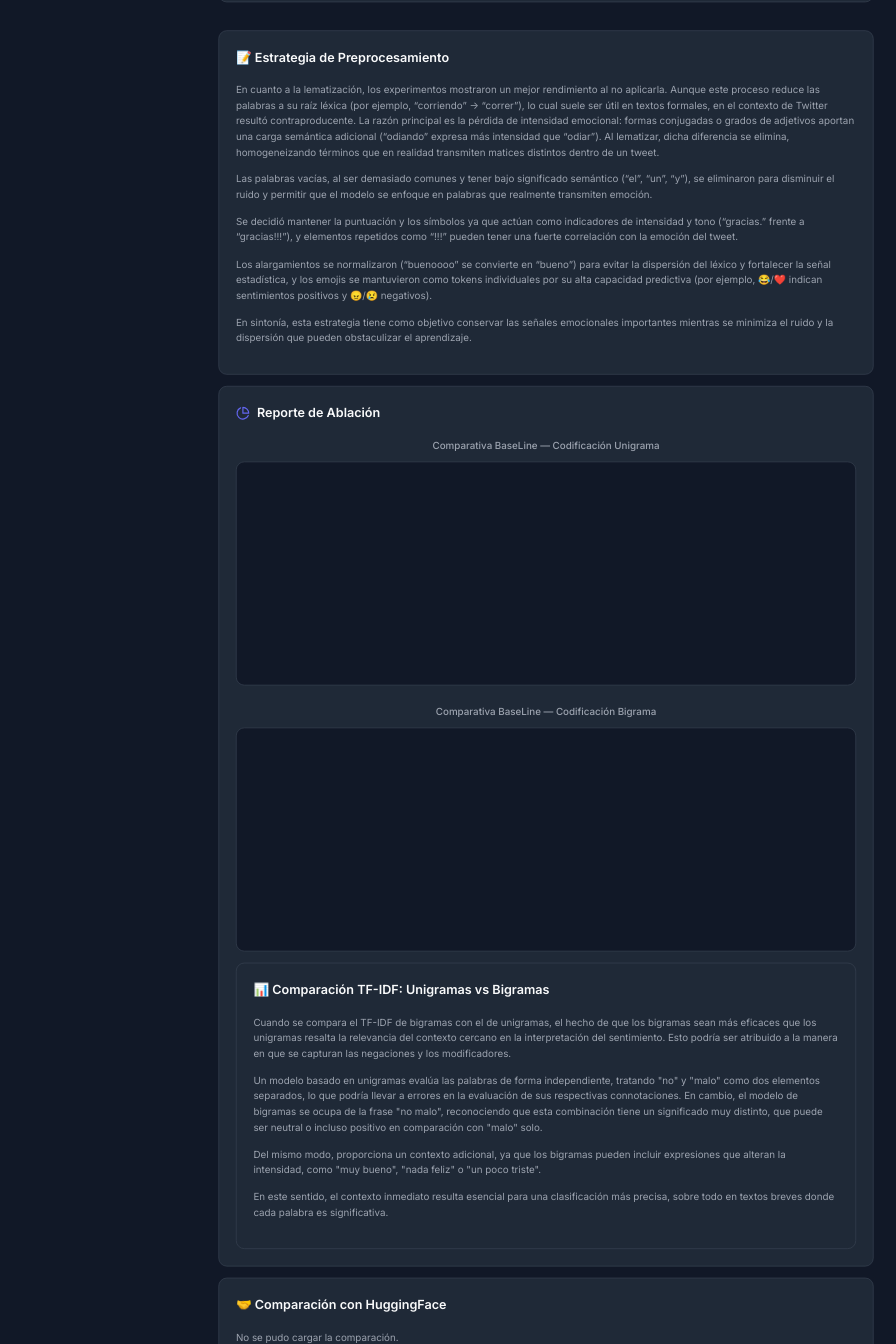
Repository: sergio285/NLP-Sentiment-analysis
Page: pagina/templates/index.html
The author's editor kept a record of every edit. The page is drawn from the files as they stood at one moment, then again after the next edit.
The browser window is 1280 px wide. The pictures show the part of the page from y = 1005 to 2925 px (the page is 3008 px tall before and 3053 px after), at 70% of full size.
A picture or video elsewhere on the page could not be fetched, so the positions and the page height are approximate. The page's requests for data from a server got no answer.

Above is the page before.

### pagina/templates/index.html
<!DOCTYPE html>
<html lang="es">
<head>
    <meta charset="UTF-8" />
    <meta name="viewport" content="width=device-width, initial-scale=1.0" />
    <title>Dashboard Pro | Análisis de Modelo</title>

    <link href="https://fonts.googleapis.com/css2?family=Inter:wght@400;500;600;700;800&display=swap" rel="stylesheet" />
    <link rel="stylesheet" href="/static/css/styles.css" />

    <script src="https://code.jquery.com/jquery-3.6.0.min.js"></script>
    <script src="https://cdn.jsdelivr.net/npm/chart.js"></script>
    <style>
        /* Estilos para el componente desplegable */
        .card-title-toggle {
            cursor: pointer;
            display: flex;
            justify-content: space-between;
            align-items: center;
            width: 100%;
        }
        .card-title-toggle .arrow-icon {
            transition: transform 0.3s ease-in-out;
        }
        .card-title-toggle.active .arrow-icon {
            transform: rotate(180deg);
        }
        /* Eliminar margen inferior del título cuando está cerrado */
        .card-title.card-title-toggle {
            margin-bottom: 0;
        }
        /* Restaurar margen inferior cuando está activo (abierto) */
        .card-title.card-title-toggle.active {
            margin-bottom: 20px;
        }
        .collapsible-content {
            display: none; /* Oculto por defecto */
        }
    </style>
</head>
<body>
    <aside class="sidebar">
        <div class="sidebar-header">
            <svg class="logo-icon" xmlns="http://www.w3.org/2000/svg" width="28" height="28" viewBox="0 0 24 24" fill="none" stroke="currentColor" stroke-width="2" stroke-linecap="round" stroke-linejoin="round"><path d="M12 20V10"/><path d="M18 20V4"/><path d="M6 20V16"/></svg>
            <h2>Dashboard del Modelo</h2>
        </div>
        <div class="sidebar-info">
            <div class="info-item">
                <span class="info-label">Tracking URI</span>
                <span id="infoTracking" class="info-value">Cargando...</span>
            </div>
            <div class="info-item">
                <span class="info-label">Run ID</span>
                <span id="infoRunId" class="info-value">Cargando...</span>
            </div>
        </div>
    </aside>

    <main class="main-content">
            <div class="grid-col">
                <!-- SECCIÓN DE INFERENCIA DESPLEGABLE -->
                <div class="card">
                    <div class="card-title card-title-toggle">
                        <div style="display: flex; align-items: center; gap: 10px;">
                            <svg xmlns="http://www.w3.org/2000/svg" width="20" height="20" viewBox="0 0 24 24" fill="none" stroke="currentColor" stroke-width="2" stroke-linecap="round" stroke-linejoin="round"><line x1="12" x2="12" y1="2" y2="22"></line><path d="M17 5H9.5a3.5 3.5 0 0 0 0 7h5a3.5 3.5 0 0 1 0 7H6"></path></svg>
                            <span>Inferencia en Tiempo Real</span>
                        </div>
                        <svg class="arrow-icon" xmlns="http://www.w3.org/2000/svg" width="24" height="24" viewBox="0 0 24 24" fill="none" stroke="currentColor" stroke-width="2" stroke-linecap="round" stroke-linejoin="round"><polyline points="6 9 12 15 18 9"></polyline></svg>
                    </div>
                    <div class="collapsible-content">
                        <p class="card-subtitle">Prueba el modelo con nuevos textos en ingles (uno por línea).</p>
                        <textarea id="txtInputs" class="predict-textarea" rows="8" placeholder="this is a great movie!&#10;i really disliked the acting..."></textarea>
                        <div class="predict-actions">
                            <button id="btnPredict" class="btn">🚀 Predecir Sentimiento</button>
                            <span id="predictStatus" class="status">Listo</span>
                        </div>
                        <div id="predictOutput" class="results-container"></div>
                    </div>
                </div>

                <div class="card">
                    <h2 class="card-title">
                        <svg xmlns="http://www.w3.org/2000/svg" width="20" height="20" viewBox="0 0 24 24" fill="none" stroke="currentColor" stroke-width="2" stroke-linecap="round" stroke-linejoin="round"><path d="M14.7 6.3a1 1 0 0 0 0 1.4l1.6 1.6a1 1 0 0 0 1.4 0l3.77-3.77a6 6 0 0 1-7.94 7.94l-6.91 6.91a2.12 2.12 0 0 1-3-3l6.91-6.91a6 6 0 0 1 7.94-7.94l-3.76 3.76z"></path></svg>
                        Métricas Clave - Modelo LightGBM
                    </h2>
                    <div id="metrics-container" class="metrics-grid"></div>
                </div>

                <div class="card">
                    <h2 class="card-title">
                        <svg xmlns="http://www.w3.org/2000/svg" width="20" height="20" viewBox="0 0 24 24" fill="none" stroke="currentColor" stroke-width="2" stroke-linecap="round" stroke-linejoin="round"><path d="M12.22 2h-4.44a2 2 0 0 0-2 2v16a2 2 0 0 0 2 2h8.88a2 2 0 0 0 2-2v-8.44Z"></path><path d="M18 2h-3v7h7V5Z"></path></svg>
                        Parámetros del Modelo
                    </h2>
                    <div class="table-container">
                        <table id="params-table">
                            <thead>
                                <tr>
                                    <th>Parámetro</th>
                                    <th>Valor</th>
                                </tr>
                            </thead>
                            <tbody></tbody>
                        </table>
                    </div>
                </div>

                <div class="card">
                    <h2 class="card-title">
                        <svg xmlns="http://www.w3.org/2000/svg" width="20" height="20" viewBox="0 0 24 24" fill="none" stroke="currentColor" stroke-width="2" stroke-linecap="round" stroke-linejoin="round"><rect x="3" y="3" width="18" height="18" rx="2" ry="2"></rect><line x1="3" y1="9" x2="21" y2="9"></line><line x1="9" y1="21" x2="9" y2="9"></line></svg>
                        Comportamiento visual del modelo
                    </h2>
                    <div class="model-visuals">
                        <div>
                            <h3 class="chart-title">Matriz de Confusión</h3>
                            <p class="card-subtitle">Rendimiento del modelo en el conjunto de prueba.</p>
                            <img src="/confusion-matrix" alt="Matriz de Confusión" width="400" height="auto"/>
                        </div>
                    </div>
                </div>
               <div class="card" id="other-models-card">
                      <div class="card-title card-title-toggle">
                        <div style="display:flex;align-items:center;gap:10px;">
                          <svg xmlns="http://www.w3.org/2000/svg" width="20" height="20"
                               viewBox="0 0 24 24" fill="none" stroke="currentColor"
                               stroke-width="2" stroke-linecap="round" stroke-linejoin="round">
                            <path d="M20 6L9 17l-5-5"></path>
                          </svg>
                          <span>Otros modelos usados</span>
                        </div>
                        <svg class="arrow-icon" xmlns="http://www.w3.org/2000/svg" width="24" height="24"
                             viewBox="0 0 24 24" fill="none" stroke="currentColor" stroke-width="2"
                             stroke-linecap="round" stroke-linejoin="round">
                          <polyline points="6 9 12 15 18 9"></polyline>
                        </svg>
                      </div>

                      <div class="collapsible-content">
                        <!-- Contenido dinámico generado por JS (métricas/params), p.ej. LogisticRegression -->
                        <div id="other-models" class="grid-col" style="gap:20px;">
                          <!-- Se llena por JS -->
                        </div>

                        <!-- ===== Figuras estáticas — LogisticRegression (modeloFinal) ===== -->
                        <div class="card" style="margin-top:20px;">
                          <h3 class="card-title">Comportamiento visual del modelo - Regresion Logistica</h3>
                          <div class="model-visuals" style="display:grid;grid-template-columns:repeat(auto-fit,minmax(320px,1fr));gap:16px;">
                            <div>
                              <h4 class="chart-title">Matriz de Confusión (conteos)</h4>
                              <p class="card-subtitle">Rendimiento del modelo en el conjunto de prueba.</p>
                              <img src="/static/images/confusion_matrix_counts.png"
                                   alt="Matriz de Confusión - LogisticRegression"
                                   width="420" height="auto"
                                   style="max-width:100%;border-radius:10px;border:1px solid #374151;"/>
                            </div>
                            <div>
                              <h4 class="chart-title">Curva Precisión–Recall</h4>
                              <p class="card-subtitle">Relación entre cobertura y precisión del clasificador.</p>
                              <img src="/static/images/precision_recall_curve.png"
                                   alt="Curva Precisión–Recall - LogisticRegression"
                                   width="420" height="auto"
                                   style="max-width:100%;border-radius:10px;border:1px solid #374151;"/>
                            </div>
                          </div>
                        </div>
                        <!-- ===== /Figuras estáticas — LogisticRegression ===== -->

                        <!-- ===== Figuras estáticas — Keras-MLP TFIDF+SVD ===== -->
                        <div class="card" style="margin-top:20px;">
                          <h3 class="card-title">Comportamiento visual del modelo - Red Neuronal</h3>
                          <p class="card-subtitle">
                            Keras MLP sobre TF-IDF bigrama + TruncatedSVD. Evaluación en TEST (matrices de confusión).
                          </p>
                          <div class="model-visuals" style="display:grid;grid-template-columns:repeat(auto-fit,minmax(320px,1fr));gap:16px;">
                            <div>
                              <h4 class="chart-title">Matriz de Confusión (conteos)</h4>
                              <img src="/static/images/confusion_matrix_counts_test.png"
                                   alt="Matriz de Confusión (conteos) — Keras-MLP TFIDF+SVD"
                                   width="420" height="auto"
                                   style="max-width:100%;border-radius:10px;border:1px solid #374151;"/>
                            </div>
                            <div>
                              <h4 class="chart-title">Matriz de Confusión (normalizada)</h4>
                              <img src="/static/images/confusion_matrix_normalized_test.png"
                                   alt="Matriz de Confusión (normalizada) — Keras-MLP TFIDF+SVD"
                                   width="420" height="auto"
                                   style="max-width:100%;border-radius:10px;border:1px solid #374151;"/>
                            </div>
                          </div>
                        </div>
                        <!-- ===== /Figuras estáticas — Keras-MLP TFIDF+SVD ===== -->
                      </div>
                    </div>
                <div class="card full-width-card">
                    <h2 class="card-title">📝 Estrategia de Preprocesamiento</h2>
                    <p class="card-subtitle">
                        En cuanto a la lematización, los experimentos mostraron un mejor rendimiento al no aplicarla. Aunque este proceso reduce las palabras a su raíz léxica (por ejemplo, “corriendo” → “correr”), lo cual suele ser útil en textos formales, en el contexto de Twitter resultó contraproducente. La razón principal es la pérdida de intensidad emocional: formas conjugadas o grados de adjetivos aportan una carga semántica adicional (“odiando” expresa más intensidad que “odiar”). Al lematizar, dicha diferencia se elimina, homogeneizando términos que en realidad transmiten matices distintos dentro de un tweet.
                    </p>
                    <p class="card-subtitle">
                        Las palabras vacías, al ser demasiado comunes y tener bajo significado semántico (“el”, “un”, “y”), se eliminaron para disminuir el ruido y permitir que el modelo se enfoque en palabras que realmente transmiten emoción.
                    </p>
                    <p class="card-subtitle">
                        Se decidió mantener la puntuación y los símbolos ya que actúan como indicadores de intensidad y tono (“gracias.” frente a “gracias!!!”), y elementos repetidos como “!!!” pueden tener una fuerte correlación con la emoción del tweet.
                    </p>
                    <p class="card-subtitle">
                        Los alargamientos se normalizaron (“buenoooo” se convierte en “bueno”) para evitar la dispersión del léxico y fortalecer la señal estadística, y los emojis se mantuvieron como tokens individuales por su alta capacidad predictiva (por ejemplo, 😂/❤️ indican sentimientos positivos y 😠/😢 negativos).
                    </p>
                    <p class="card-subtitle">
                        En sintonía, esta estrategia tiene como objetivo conservar las señales emocionales importantes mientras se minimiza el ruido y la dispersión que pueden obstaculizar el aprendizaje.
                    </p>
                </div>
            </div>

        <div class="card full-width-card">
            <h2 class="card-title">
                <svg xmlns="http://www.w3.org/2000/svg" width="20" height="20" viewBox="0 0 24 24" fill="none" stroke="currentColor" stroke-width="2" stroke-linecap="round" stroke-linejoin="round"><path d="M21.21 15.89A10 10 0 1 1 8 2.83"></path><path d="M22 12A10 10 0 0 0 12 2v10z"></path></svg>
                Reporte de Ablación
            </h2>
            <div>
                  <h3 class="chart-title">Comparativa BaseLine — Codificación Unigrama</h3>
                  <div class="chart-container">
                    <canvas id="ablationChartUnigram"></canvas>
                  </div>
                </div>

                <div>
                    <br>
                  <h3 class="chart-title">Comparativa BaseLine — Codificación Bigrama</h3>
                  <div class="chart-container">
                    <canvas id="ablationChartBigram"></canvas>
                  </div>
            </div>
            <div class="card full-width-card">
                <h2 class="card-title">📊 Comparación TF-IDF: Unigramas vs Bigramas</h2>
                <p class="card-subtitle">
                    Cuando se compara el TF-IDF de bigramas con el de unigramas, el hecho de que los bigramas sean más eficaces que los unigramas resalta la relevancia del contexto cercano en la interpretación del sentimiento.
                    Esto podría ser atribuido a la manera en que se capturan las negaciones y los modificadores.
                </p>
                <p class="card-subtitle">
                    Un modelo basado en unigramas evalúa las palabras de forma independiente, tratando "no" y "malo" como dos elementos separados, lo que podría llevar a errores en la evaluación de sus respectivas connotaciones.
                    En cambio, el modelo de bigramas se ocupa de la frase "no malo", reconociendo que esta combinación tiene un significado muy distinto, que puede ser neutral o incluso positivo en comparación con "malo" solo.
                </p>
                <p class="card-subtitle">
                    Del mismo modo, proporciona un contexto adicional, ya que los bigramas pueden incluir expresiones que alteran la intensidad, como "muy bueno", "nada feliz" o "un poco triste".
                </p>
                <p class="card-subtitle">
                    En este sentido, el contexto inmediato resulta esencial para una clasificación más precisa, sobre todo en textos breves donde cada palabra es significativa.
                </p>
            </div>

        </div>

        <div class="card full-width-card">
            <h2 class="card-title">🤝 Comparación con HuggingFace</h2>
            <p id="comparisonSummary" class="card-subtitle">—</p>
            <div class="results-container table-container">
                <table id="comparisonTable">
                    <thead>
                        <tr>
                            <th>Métrica</th>
                            <th>Random Forest</th>
                            <th>HuggingFace</th>
                            <th>Diferencia</th>
                        </tr>
                    </thead>
                    <tbody></tbody>
                </table>
            </div>
            <p id="comparisonTextBottom" class="card-subtitle">—</p>
        </div>
    </main>

    <script src="/static/js/app.js"></script>
</body>
</html>

Loaded but not shown: pagina/static/js/app.js (628 lines, source omitted); pagina/static/css/styles.css (383 lines, source omitted)

After the next edit:
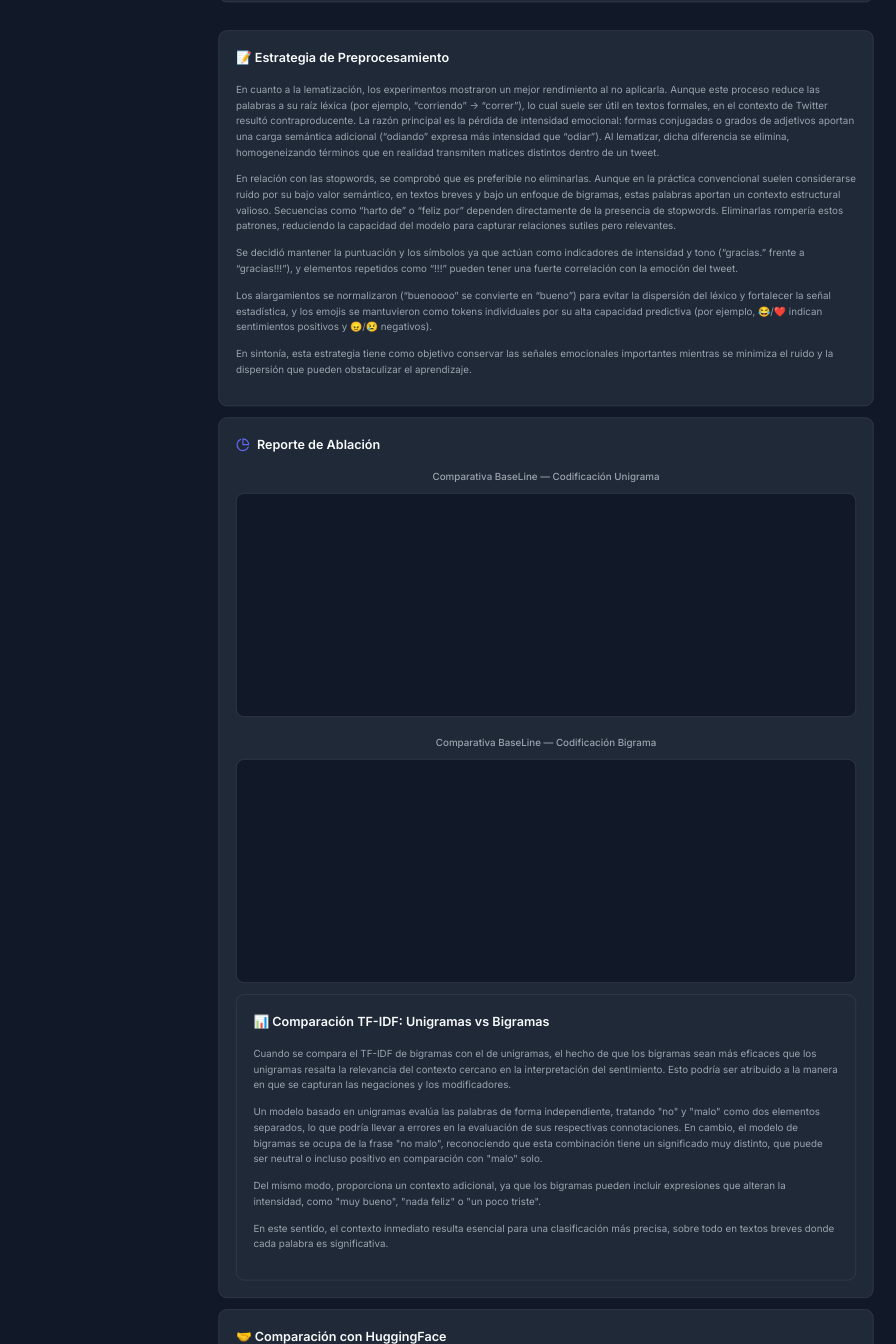
The edit:
--- a/pagina/templates/index.html
+++ b/pagina/templates/index.html
@@ -196,7 +196,7 @@
                         En cuanto a la lematización, los experimentos mostraron un mejor rendimiento al no aplicarla. Aunque este proceso reduce las palabras a su raíz léxica (por ejemplo, “corriendo” → “correr”), lo cual suele ser útil en textos formales, en el contexto de Twitter resultó contraproducente. La razón principal es la pérdida de intensidad emocional: formas conjugadas o grados de adjetivos aportan una carga semántica adicional (“odiando” expresa más intensidad que “odiar”). Al lematizar, dicha diferencia se elimina, homogeneizando términos que en realidad transmiten matices distintos dentro de un tweet.
                     </p>
                     <p class="card-subtitle">
-                        Las palabras vacías, al ser demasiado comunes y tener bajo significado semántico (“el”, “un”, “y”), se eliminaron para disminuir el ruido y permitir que el modelo se enfoque en palabras que realmente transmiten emoción.
+                        En relación con las stopwords, se comprobó que es preferible no eliminarlas. Aunque en la práctica convencional suelen considerarse ruido por su bajo valor semántico, en textos breves y bajo un enfoque de bigramas, estas palabras aportan un contexto estructural valioso. Secuencias como “harto de” o “feliz por” dependen directamente de la presencia de stopwords. Eliminarlas rompería estos patrones, reduciendo la capacidad del modelo para capturar relaciones sutiles pero relevantes.
                     </p>
                     <p class="card-subtitle">
                         Se decidió mantener la puntuación y los símbolos ya que actúan como indicadores de intensidad y tono (“gracias.” frente a “gracias!!!”), y elementos repetidos como “!!!” pueden tener una fuerte correlación con la emoción del tweet.
